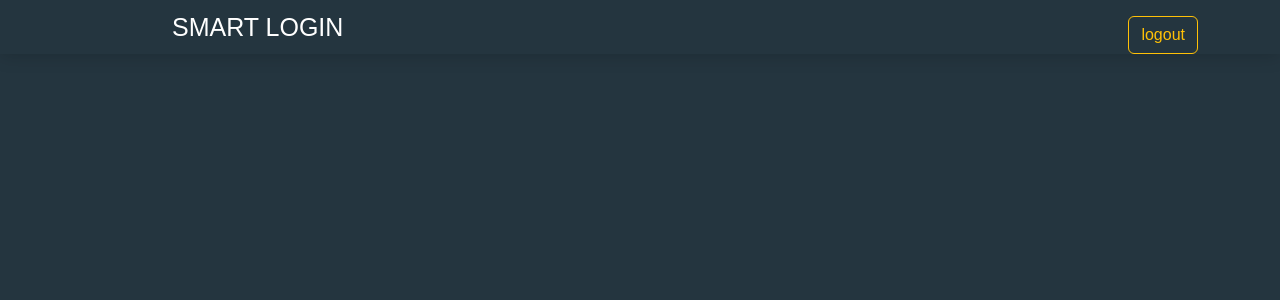
Repository: bodajava/TASK-4
Page: theerdIndex.html
An editor plug-in stored every save of this project. The page is shown before and after the next save, followed by the edit.
The browser window is 1280 px wide. The pictures show the whole page.

Above is the page before, as saved 2025-06-18 18:28:53.

### theerdIndex.html
<!DOCTYPE html>
<html lang="en">
  <head>
    <link rel="stylesheet" href="CSS/all.min.css" />
    <link rel="stylesheet" href="CSS/bootstrap.css" />
    <link rel="stylesheet" href="CSS/style.css" />
    <meta charset="UTF-8" />
    <meta name="viewport" content="width=device-width, initial-scale=1.0" />
    <title>Document</title>
  </head>
  <body>
    <div id="container" class="container-fluid">
      <nav
        id="nav"
        class="container navbar navbar-expand-lg bg-body-tertiary pt-0 pb-0"
      >
        <div class="container-fluid">
          <a id="margen" class="navbar-brand" href="#">SMART LOGIN</a>

          <button
            class="navbar-toggler"
            type="button"
            data-bs-toggle="collapse"
            data-bs-target="#navbarSupportedContent"
            aria-controls="navbarSupportedContent"
            aria-expanded="false"
            aria-label="Toggle navigation"
          >
            <span class="navbar-toggler-icon"></span>
          </button>

          <div class="collapse navbar-collapse" id="navbarSupportedContent">
            <ul class="navbar-nav ms-auto mb-2 mb-lg-0">
              <li>
                <a
                  class="mt-3 btn btn-outline-warning w-100 d-flex justify-content-center"
                  href=""
                  >logout</a
                >
              </li>
            </ul>
          </div>
        </div>
      </nav>
    </div>
    <script src="js/bootstrap.bundle.min.js"></script>
    <script src="js/index.js"></script>
  </body>
</html>

### CSS/style.css
* {
  padding: 0;
  margin: 0;
  box-sizing: border-box;
}

body {
  background-color: #24353f;
  display: flex;
  justify-content: center;
  align-items: center;
  font-family: Arial, sans-serif;
}

#item {
  margin-top: 60px;
  margin-left: 390px;
  margin-right: 390px;
  padding-left: 15px;
  padding-right: 15px;
}

#item2 {
  box-shadow: 0 0 20px rgba(0, 0, 0, 0.2);
  margin-left: 138.75px;
  margin-right: 138.75px;
  padding-left: 60px;
  padding-right: 60px;
  padding-top: 60px;
  padding-bottom: 60px;
}

h1 {
  color: #189bb1;
}

.anchor {
  text-decoration: none;
}

.anchor:hover {
  text-decoration: underline;
}

.paragraph {
  font-size: 20px;
  line-height: 30px;
  font-weight: 400;
  color: white;
}

.paragraph a {
  font-size: 20px;
  line-height: 30px;
  font-weight: 400;
  color: white;
}

.form-control {
  background-color: #24353f;
  border: 1px solid white;
  color: #fff;
  border-radius: 5px;
}

.form-control::placeholder {
  color: #a0a0a0;
}

.form-control:focus {
  background-color: #24353f;
  color: #fff;
  border-color: #189bb1;
  outline: none;
  box-shadow: none;
}

.btnn {
  text-decoration: none;
  color: #189bb1;
}

.btnn:hover {
  color: white;
}

#box {
  box-shadow: 0 0 20px rgba(0, 0, 0, 0.2);
}

#nav {
  background-color: #24353f !important;
}

#container {
  box-shadow: 0 0 20px rgba(0, 0, 0, 0.2);
}

#margen {
  margin-left: 90px;
  font-size: 25px;
  line-height: 38px;
  font-weight: 400;
  color: white;
}

Loaded but not shown: CSS/all.min.css (library); CSS/bootstrap.css (library); js/bootstrap.bundle.min.js (library); js/index.js (no copy from this time; the picture is the same without it)

After the next save:
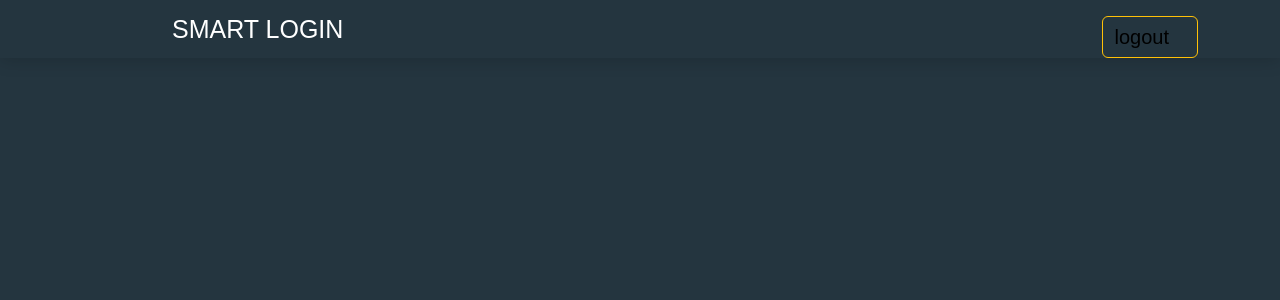
Saved 42 s later.
--- a/theerdIndex.html
+++ b/theerdIndex.html
@@ -33,7 +33,7 @@
             <ul class="navbar-nav ms-auto mb-2 mb-lg-0">
               <li>
                 <a
-                  class="mt-3 btn btn-outline-warning w-100 d-flex justify-content-center"
+                  class="mt-3 btn btn-outline-warning navbar-brand w-100 d-flex jus"
                   href=""
                   >logout</a
                 >

After the save that followed:
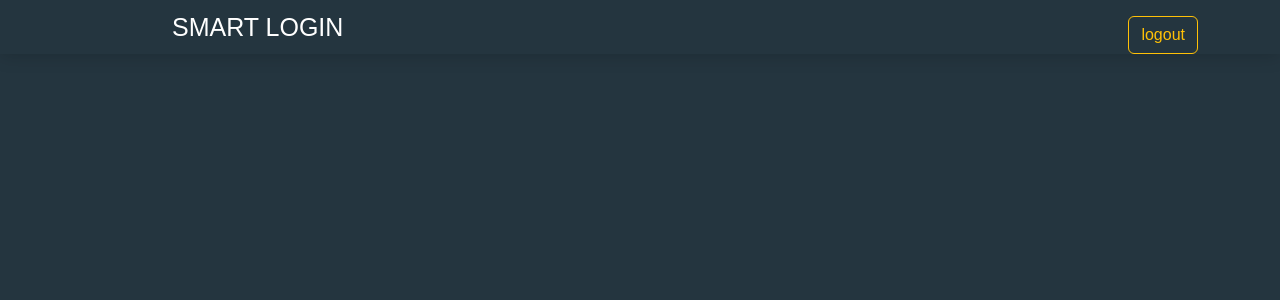
Saved 25 s later.
--- a/theerdIndex.html
+++ b/theerdIndex.html
@@ -32,9 +32,7 @@
           <div class="collapse navbar-collapse" id="navbarSupportedContent">
             <ul class="navbar-nav ms-auto mb-2 mb-lg-0">
               <li>
-                <a
-                  class="mt-3 btn btn-outline-warning navbar-brand w-100 d-flex jus"
-                  href=""
+                <a class="mt-3 btn btn-outline-warning w-100 d-flex jus" href=""
                   >logout</a
                 >
               </li>
